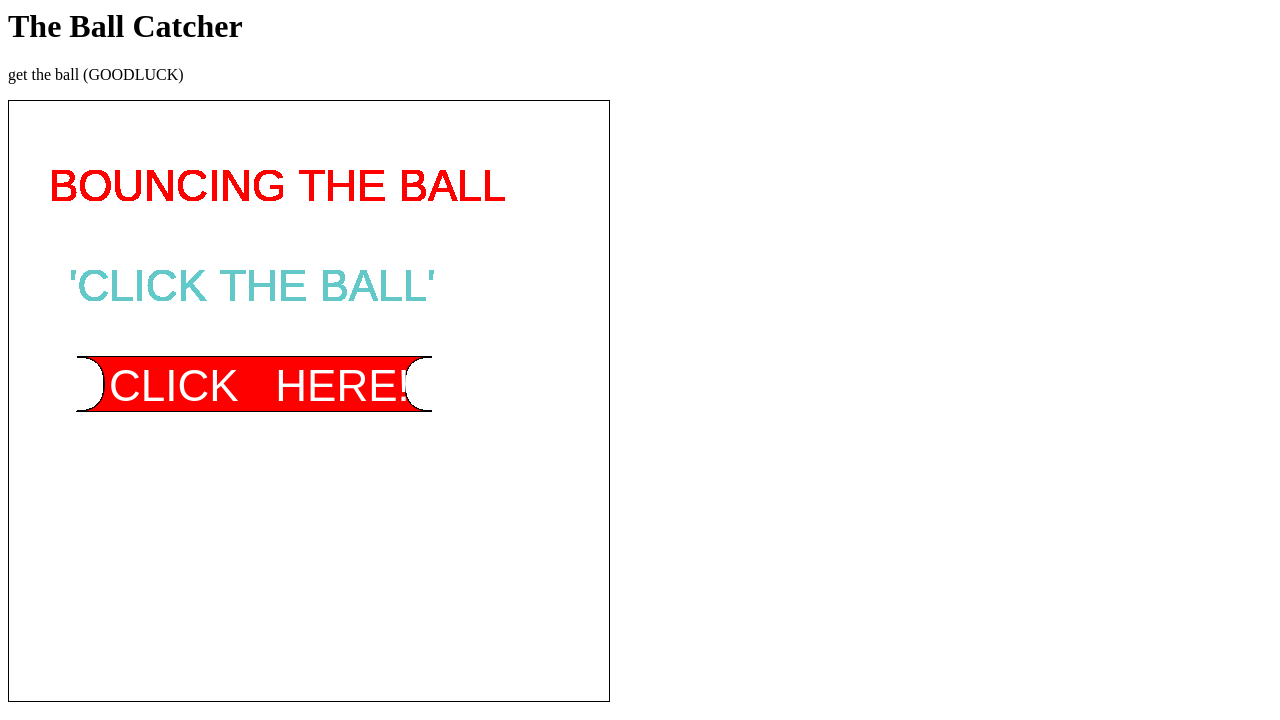
Repository: mike3245/mike3245.github.io
Page: ball.html
The author's editor kept a record of every edit. The page is drawn from the files as they stood at one moment, then again after the next edit.
The browser window is 1280 px wide. The pictures show the whole page.

Above is the page before.

### ball.html
<html>

  <head>
      <meta http-equiv="Content-Type" content="text/html; charset=UTF-8" />
      <title>Processing Demo</title>
      <script type="text/javascript" src="js/processing.js"></script>
  </head>

  <body>
    <h1>The Ball Catcher</h1>
    <p>get the ball (GOODLUCK)</p>

    <script type="text/processing">
//DECLARE VARIABLES
int gameState;
float circleX;
float xspeed =15;
int count;
int timer;
float scoreX;
Timer countDownTimer;
int timeLeft;
float yspeed=10;
float circleY;
//SETUP
void setup(){
  size(600,600);
  //surface.setResizable(true);
  gameState= 0;
 countDownTimer = new Timer(1000);
 timeLeft= 2500;
  background(255);
}

//MAIN
void draw(){

  if(gameState==0){
    startScreen();
  }

  else if (gameState==1)
  {
    background(50);  //black background
    //countDown logic
    if (countDownTimer.complete() == true) {
      if (timeLeft > 1 ) {

        timeLeft--;

    }
    text("Score = "+scoreX,50,50); //Score
    }

    //BEGIN GAME  --TODO

    //show countdown
    String s = "Time Left:" +timeLeft;
    textAlign(LEFT);
    textSize(50);
    fill(255,0,0);
    text(s,20,100);
    ellipse(circleX,circleY,100,100);

    circleX = circleX +xspeed;

    if (circleX > width) {
      xspeed  = -10;
    }

    if (circleX < 0) {
     xspeed = 5;
    }
     circleY = circleY + yspeed;
     if (circleY > height) {
       yspeed = -15;

     }
     if (circleY < 0) {
       yspeed=15;
     }
    }
    if (timeLeft==1){

    restart();
    }
    else if (gameState==2)
    {
     restart();
    }

}



void mousePressed(){
 text("Score = "+scoreX,50,50); //Score
  if(dist(mouseX,mouseY,circleX,circleY)<=100){
    scoreX = scoreX + 1;}
  }
void startScreen(){
    textSize(44);
    fill(255,0,0);  //red
    text("BOUNCING THE BALL", 40, 100);
    fill(100,200,200);
    text("'CLICK THE BALL' ", 60, 200);
    if(mouseX > 95 && mouseX < 395 && mouseY > 265 && mouseY < 310){
      fill(0,255,0); //Green
      if(mousePressed){
        gameState=1;
      }
    }
    else{
      fill(255,0,0);  //red
    }
    rect(95, 310, 300, -55, 15);
    fill(255);
    text("CLICK   HERE!", 100, 300);
}

void restart()
{  background(50);  //black background
   textSize(44);
    fill(255,0,0);  //red
    text("Don't Quit Just Yet", 40, 100);
    fill(100,200,200);
    text("Play Again?' ", 60, 200);
    if(mouseX > 95 && mouseX < 395 && mouseY > 265 && mouseY < 310){
      fill(0,255,0); //Green
      if(mousePressed){
        timer = 100;
        scoreX = 0;
        gameState=1;
        timeLeft = 5000;
      }
    }
    else{
      fill(255,0,0);  //red
    }
    rect(95, 310, 300, -55, 15);
    fill(255);
    text("CLICK   HERE!", 100, 300);
}
class Timer {
  int startTime;
  int interval;

  Timer(int timeInterval) {
    interval = timeInterval;
  }

  void start() {
    startTime = millis();
  }
  boolean complete() {
    int elapsedTime = millis() - startTime;
    if (elapsedTime > interval) {
      return true;
    }else {
      return false;


    }
  }
}
    </script>
    <canvas id="sketch" style="border: 1px solid black;"></canvas>

  </body>

</html>

Loaded but not shown: js/processing.js (library)

After the next edit:
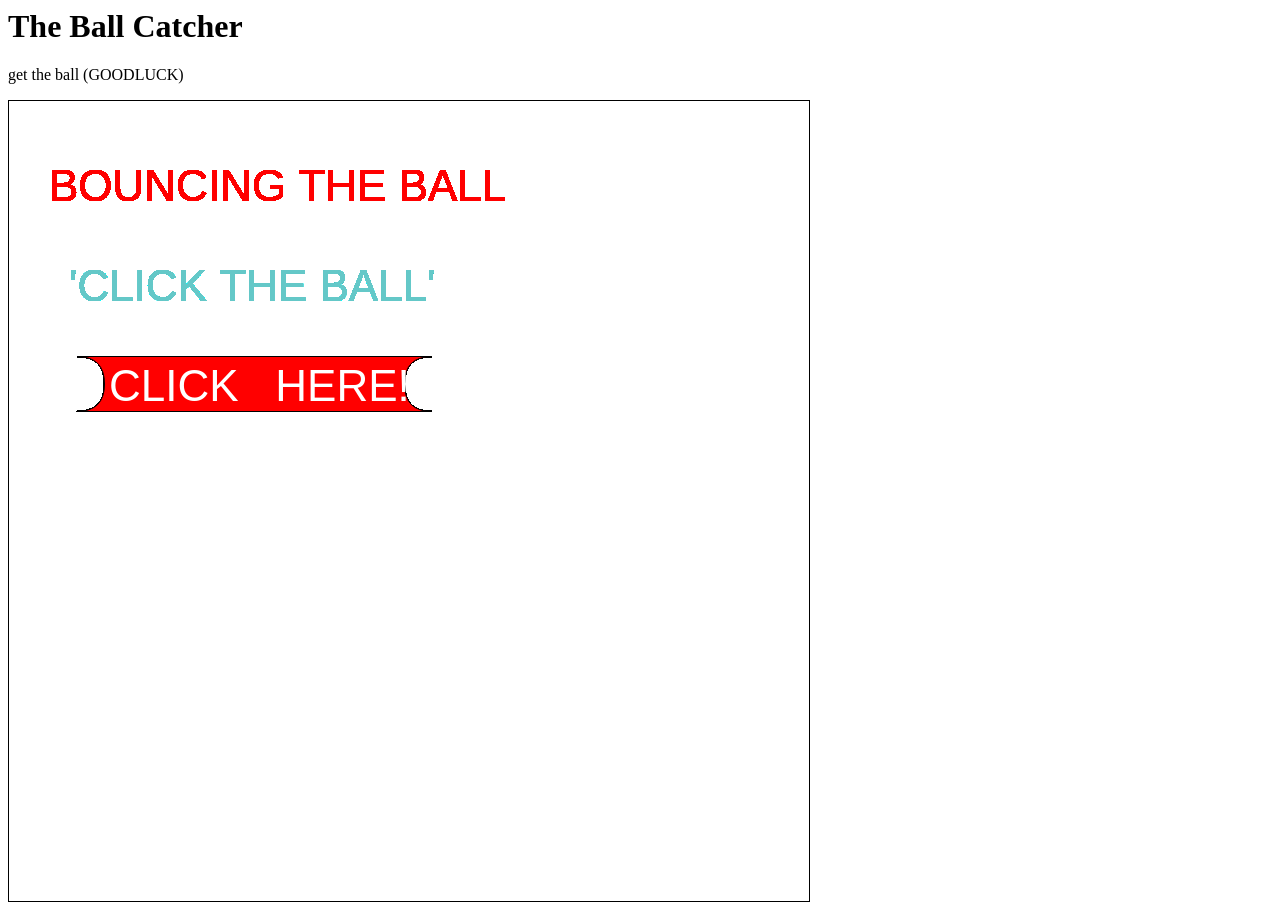
The edit:
--- a/ball.html
+++ b/ball.html
@@ -24,7 +24,7 @@
 float circleY;
 //SETUP
 void setup(){
-  size(600,600);
+  size(800,800);
   //surface.setResizable(true);
   gameState= 0;
  countDownTimer = new Timer(1000);
